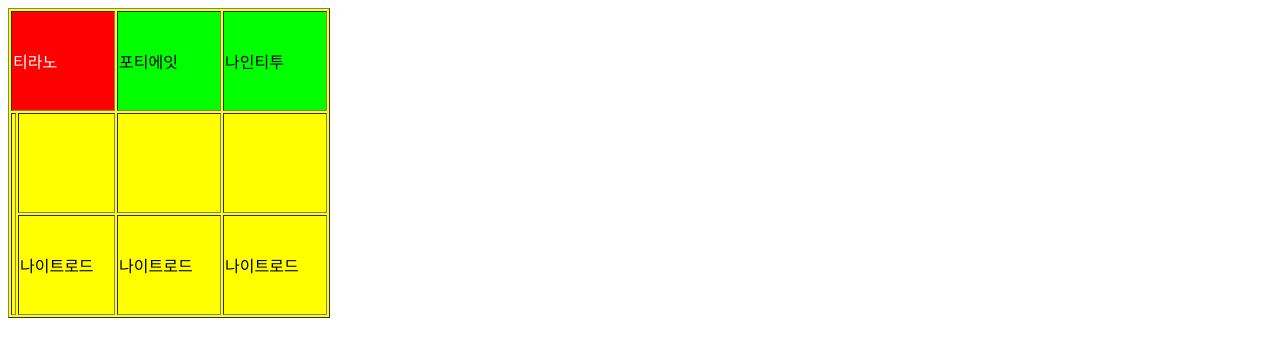
Repository: shouvoo/bitAcademy
Page: work/jsp/htmlProj/WebContent/basic/table.html
These files come from the project's save history. The page is drawn as it stood at one moment and after a run of saves; the edit follows.
The browser window is 1280 px wide. The pictures show the whole page.

Above is the page before, as saved 2017-09-26 02:01:07.

### work/jsp/htmlProj/WebContent/basic/table.html
<!DOCTYPE html>
<html>
	<head>
		<meta charset="UTF-8">
		<title>table</title>
	</head>

	<body>
		<table border="1" bgcolor="#ff0">
			<tr height="100" bgcolor="#0f0"> <!-- tr 은 줄 -->
				<td colspan="2" width="100" bgcolor="#f00" style="color: white">티라노</td> <!--  td 는 칸 -->
				<td width="100">포티에잇</td>
				<td width="100">나인티투</td>
			</tr>

			<tr height="100">
				<td  rowspan="2"></td> <!-- &nbsp; 빈칸을 넣어준다 -->
				<td></td>
				<td></td>
				<td></td>
			</tr>

			<tr height="100">
				<td>나이트로드</td>
				<td>나이트로드</td>
				<td>나이트로드</td>
			</tr>
		</table>
	</body>
</html>

After the next 2 saves:
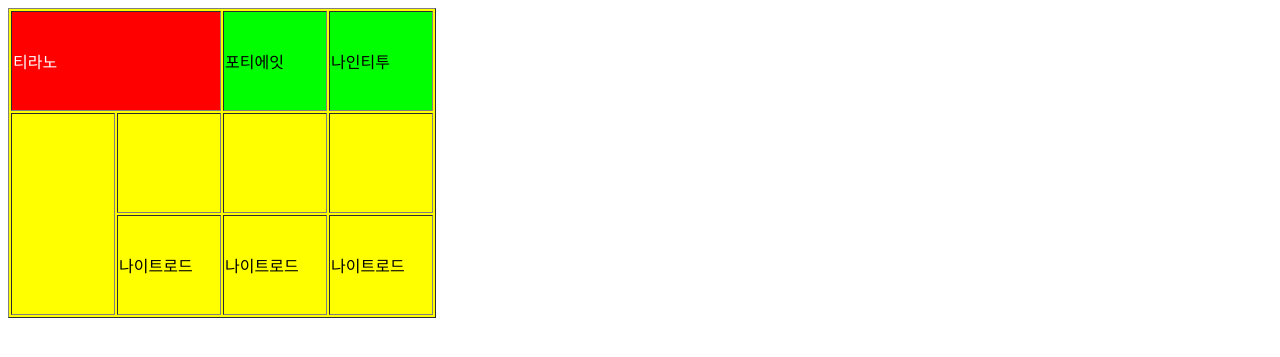
The 2 saves are shown as one change because they came seconds apart.
The last was saved 18 s later.
--- a/work/jsp/htmlProj/WebContent/basic/table.html
+++ b/work/jsp/htmlProj/WebContent/basic/table.html
@@ -14,8 +14,8 @@
 			</tr>
 
 			<tr height="100">
-				<td  rowspan="2"></td> <!-- &nbsp; 빈칸을 넣어준다 -->
-				<td></td>
+				<td width="100" rowspan="2"></td> <!-- &nbsp; 빈칸을 넣어준다 -->
+				<td width="100"></td>
 				<td></td>
 				<td></td>
 			</tr>
